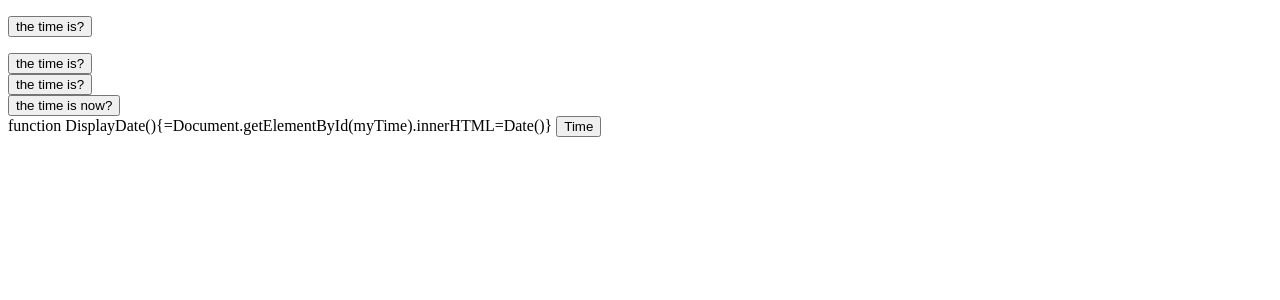
Repository: Dauddaniel/my-clock
Page: Bulb/Event.html
The author's editor kept a copy of each file at every save. The page is drawn from the files as they stood at one save, then again after a run of saves.
The browser window is 1280 px wide. The pictures show the whole page.

Above is the page before, as saved 2023-05-18 08:27:16.

After the next 2 saves:
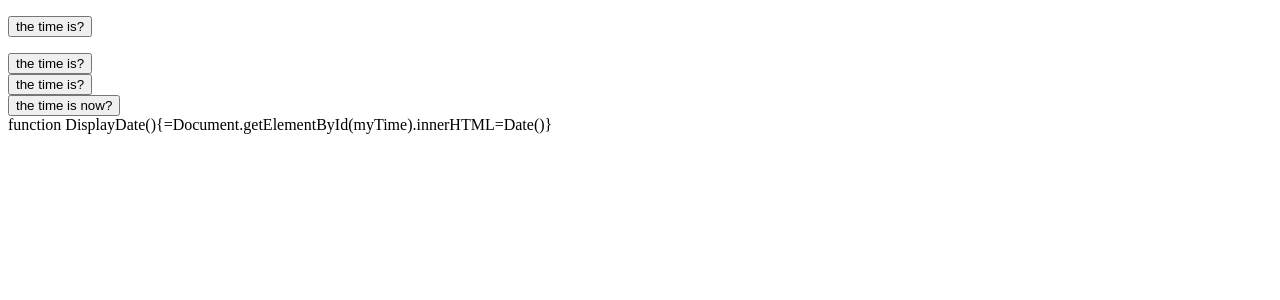
The 2 saves are shown as one change because they came seconds apart.
The last was saved 23 s later.
--- a/Bulb/Event.html
+++ b/Bulb/Event.html
@@ -18,7 +18,6 @@
     <audio src="audio.mp3" control muted>sorry your browser does not support embedding audio.</audio>
 
         function DisplayDate(){=Document.getElementById(myTime).innerHTML=Date()}
-        <button onmouseout="document.getElementById("onmouse").innerHTML=Date()">Time</button>
 
     <p id="onmouse"></p>
 
